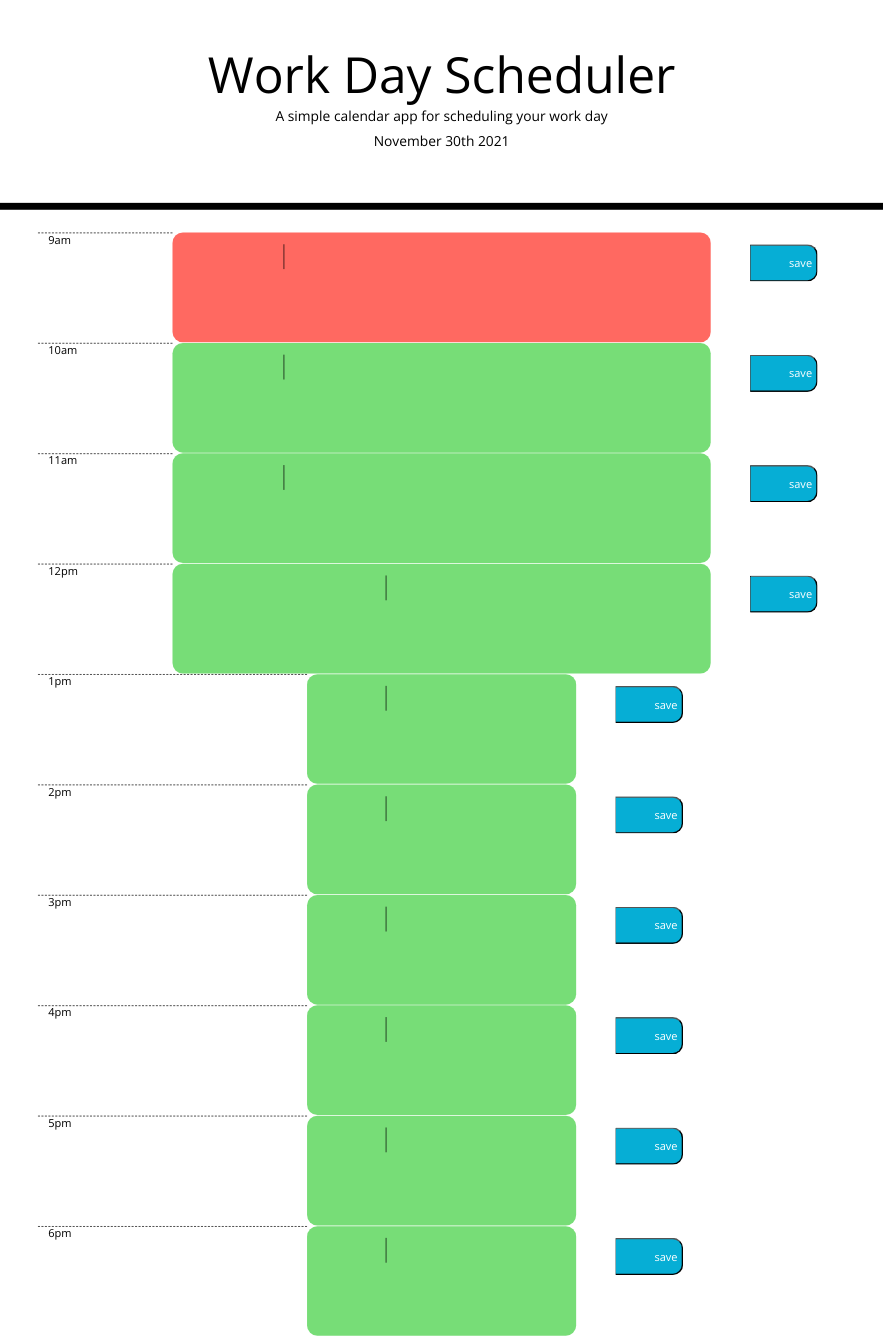
Repository: Naomilounsbury/work-day-scheduler
Page: index.html
These files come from the project's save history. The page is drawn as it stood at one moment and after the next save; the edit follows.
The browser window is 1280 px wide. The pictures show the whole page, at 69% of full size.
Some web libraries are served in a nearby version.

Above is the page before, as saved 2021-12-05 17:11:42.

After the next save:
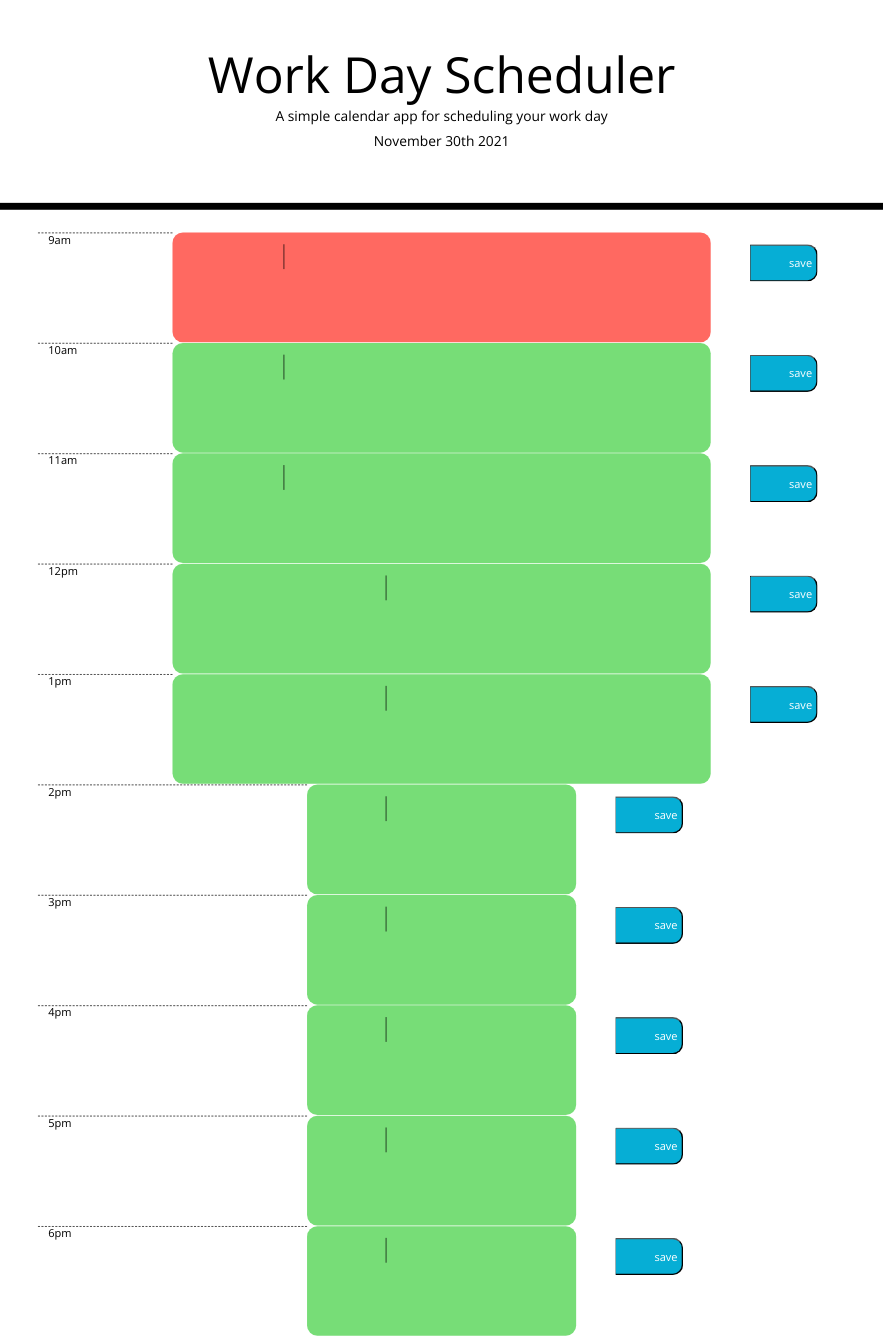
Saved 21 s later.
--- a/index.html
+++ b/index.html
@@ -71,12 +71,12 @@
         </td>
       </tr>
       <tr class="row">
-        <td class="hour col">1pm</td>
-        <td class="time-block col" id="13">
+        <td class="hour col-2">1pm</td>
+        <td class="time-block col-8" id="13">
           <textarea id="btn13">
             </textarea>
         </td>
-        <td class="col">
+        <td class="col-2">
           <button class="saveBtn" value="13">
             save
           </button>
